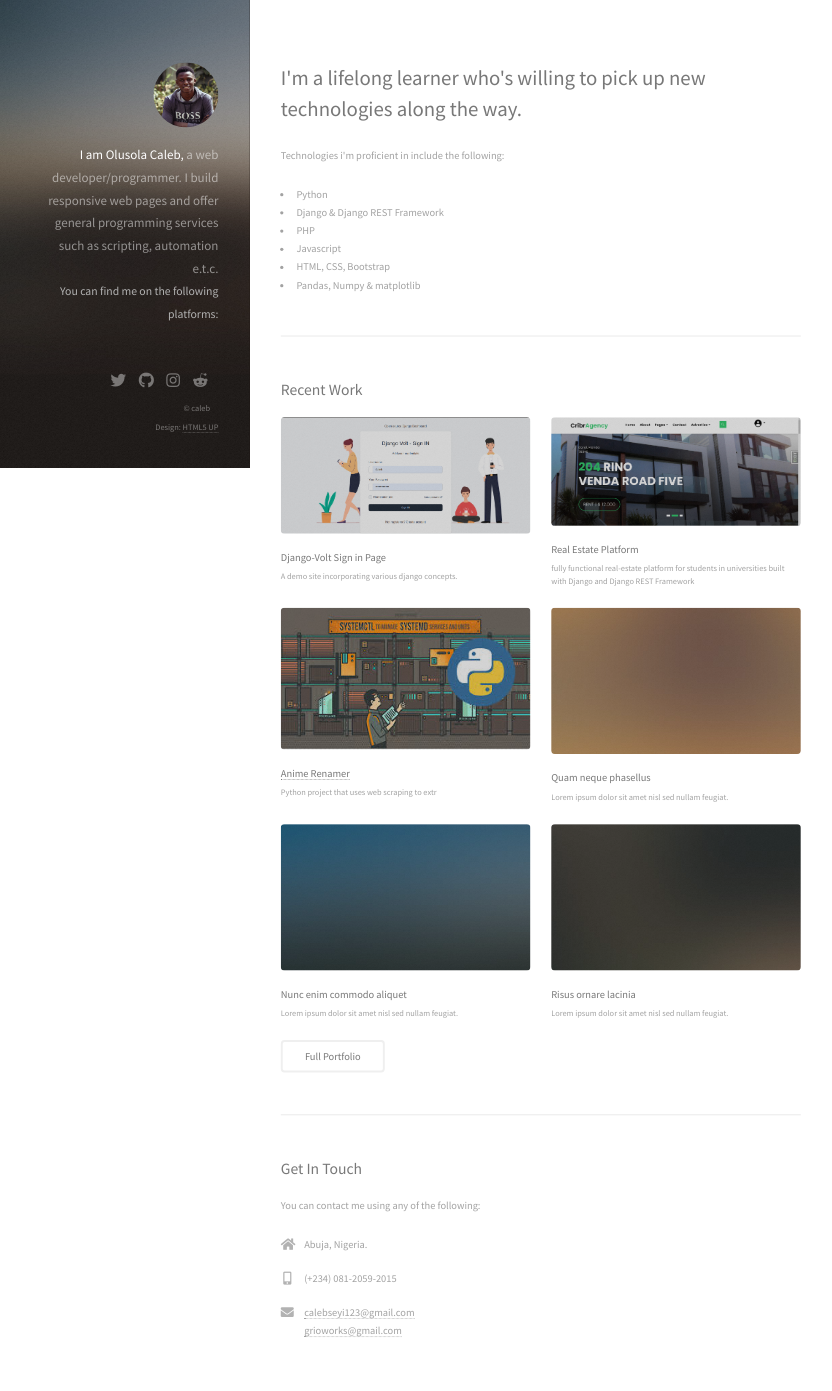
Repository: Caleb40/Caleb40.github.io
Page: index.html
The author's editor kept a copy of each file at every save. The page is drawn from the files as they stood at one save, then again after a run of saves.
The browser window is 1280 px wide. The pictures show the whole page, at 65% of full size.

Above is the page before, as saved 2022-07-13 00:09:52.

### index.html
<!DOCTYPE HTML>
<html lang="en">

<head>
	<title>Olusola Caleb O.</title>
	<meta charset="utf-8" />
	<meta name="viewport" content="width=device-width, initial-scale=1, user-scalable=no" />
	<link rel="stylesheet" href="assets/css/main.css" />
</head>

<body class="is-preload">

	<!-- Header -->
	<header id="header">
		<div class="inner">
			<a href="#" class="image avatar"><img src="images/Photo_1607349133627.jpg" alt="profile" height="100px" width="100px" /></a>
			<h1 id="desc"><strong>I am Olusola Caleb,</strong><br> a web developer/programmer.<br />
				I build responsive web pages and offer general programming services such as scripting, automation e.t.c.
				<p id="findme">You can find me on <br> the following platforms:</p>
			</h1>

		</div>
	</header>

	<!-- Main -->
	<div id="main">

		<!-- One -->
		<section id="one">
			<header class="major">
				<h2>I'm a lifelong learner who's willing to pick up new technologies along the way.</h2>
			</header>
			<p>Technologies i'm proficient in include the following: </p>
			<ul>
				<li>Python</li>
				<li>Django & Django REST Framework</li>
				<li>PHP</li>
				<li>Javascript</li>
				<li>HTML, CSS, Bootstrap</li>
				<li>Pandas, Numpy & matplotlib</li>

			</ul>
			<!-- <ul class="actions">
				<li><a href="#" class="button">Learn More</a></li>
			</ul> -->
		</section>

		<!-- Two -->
		<section id="two">
			<h2>Recent Work</h2>
			<div class="row">
				<article class="col-6 col-12-xsmall work-item">
					<a href="images/portfolio/20220712_184121.png" class="image fit thumb"><img src="images/portfolio/20220712_184121.png" alt="" /></a>
					<h3>Django-Volt Sign in Page</h3>
					<p>A demo site incorporating various django concepts.</p>
				</article>
				<article class="col-6 col-12-xsmall work-item">
					<a href="images/portfolio/20220712_184159.png" class="image fit thumb"><img src="images/portfolio/20220712_184159.png"/></a>
					<h3>Real Estate Platform</h3>
					<p>fully functional real-estate platform for students in universities built with Django and Django REST Framework</p>
				</article>
				<article class="col-6 col-12-xsmall work-item">
					<a href="images/images.jpeg" class="image fit thumb"><img src="images/images.jpeg" alt="" /></a>
					<h3><a href="https://github.com/Caleb40/Anime-Renamer">Anime Renamer</a></h3>
					<p>Python project that uses web scraping to extr</p>
				</article>
				<article class="col-6 col-12-xsmall work-item">
					<a href="images/fulls/04.jpg" class="image fit thumb"><img src="images/thumbs/04.jpg" alt="" /></a>
					<h3>Quam neque phasellus</h3>
					<p>Lorem ipsum dolor sit amet nisl sed nullam feugiat.</p>
				</article>
				<article class="col-6 col-12-xsmall work-item">
					<a href="images/fulls/05.jpg" class="image fit thumb"><img src="images/thumbs/05.jpg" alt="" /></a>
					<h3>Nunc enim commodo aliquet</h3>
					<p>Lorem ipsum dolor sit amet nisl sed nullam feugiat.</p>
				</article>
				<article class="col-6 col-12-xsmall work-item">
					<a href="images/fulls/06.jpg" class="image fit thumb"><img src="images/thumbs/06.jpg" alt="" /></a>
					<h3>Risus ornare lacinia</h3>
					<p>Lorem ipsum dolor sit amet nisl sed nullam feugiat.</p>
				</article>
			</div>
			<ul class="actions">
				<li><a href="https://www.linkedin.com/in/caleb-olusola/" class="button">Full Portfolio</a></li>
			</ul>
		</section>

		<!-- Three -->
		<section id="three">
			<h2>Get In Touch</h2>
			<p>You can contact me using any of the following:</p>
			<div class="row">
				<!-- <div class="col-8 col-12-small">
					<form method="post" action="#">
						<div class="row gtr-uniform gtr-50">
							<div class="col-6 col-12-xsmall"><input type="text" name="name" id="name"
									placeholder="Name" /></div>
							<div class="col-6 col-12-xsmall"><input type="email" name="email" id="email"
									placeholder="Email" /></div>
							<div class="col-12"><textarea name="message" id="message" placeholder="Message"
									rows="4"></textarea></div>
						</div>
					</form>
					<ul class="actions">
						<li><input type="submit" value="Send Message" /></li>
					</ul>

				</div> -->
				<div class="col-4 col-12-small">
					<ul class="labeled-icons">
						<li>
							<h3 class="icon solid fa-home"><span class="label">Address</span></h3>
							Abuja,
							Nigeria.<br>
						</li>
						<li>
							<h3 class="icon solid fa-mobile-alt"><span class="label">Phone</span></h3>
						(+234) 081-2059-2015
						</li>
						<li>
							<h3 class="icon solid fa-envelope"><span class="label">Email</span></h3>
							<a href="">calebseyi123@gmail.com <br> grioworks@gmail.com</a>
						</li>
					</ul>
				</div>
			</div>
		</section>



	<!-- Footer -->
	<footer id="footer">
		<div class="inner">
			<!-- <p id="phone">Contact: 08120592015</p>
			<p id="email">E-mail: calebseyi123@gmail.com</p> -->
			<ul class="icons">
				<li><a href="https://twitter.com/caleb_mnb" class="icon brands fa-twitter"><span
							class="label">Twitter</span></a></li>
				<li><a href="https://github.com/Caleb40" class="icon brands fa-github"><span
							class="label">Github</span></a></li>
				<li><a href="https://www.instagram.com/itz_calebking/" class="icon brands fa-instagram"><span
							class="label">Instagram</span></a></li>
				<li><a href="https://www.reddit.com/user/caleb_king" class="icon brands fa-reddit-alien"><span
							class="label">Reddit</span></a></li>
				<ul class="copyright">
					<li>&copy; caleb</li>
					<li>Design: <a href="http://html5up.net">HTML5 UP</a></li>
				</ul>

			</ul>
		</div>
	</footer>

	<!-- Scripts -->
	<script src="assets/js/jquery.min.js"></script>
	<script src="assets/js/jquery.poptrox.min.js"></script>
	<script src="assets/js/browser.min.js"></script>
	<script src="assets/js/breakpoints.min.js"></script>
	<script src="assets/js/util.js"></script>
	<script src="assets/js/main.js"></script>

</body>

</html>

Loaded but not shown: assets/css/fontawesome-all.min.css (library); assets/js/jquery.min.js (library); assets/js/jquery.poptrox.min.js (library); assets/js/browser.min.js (common file); assets/js/breakpoints.min.js (common file); assets/js/util.js (587 lines, source omitted); assets/js/main.js (117 lines, source omitted); assets/css/main.css (3241 lines, source omitted)

After the next 2 saves:
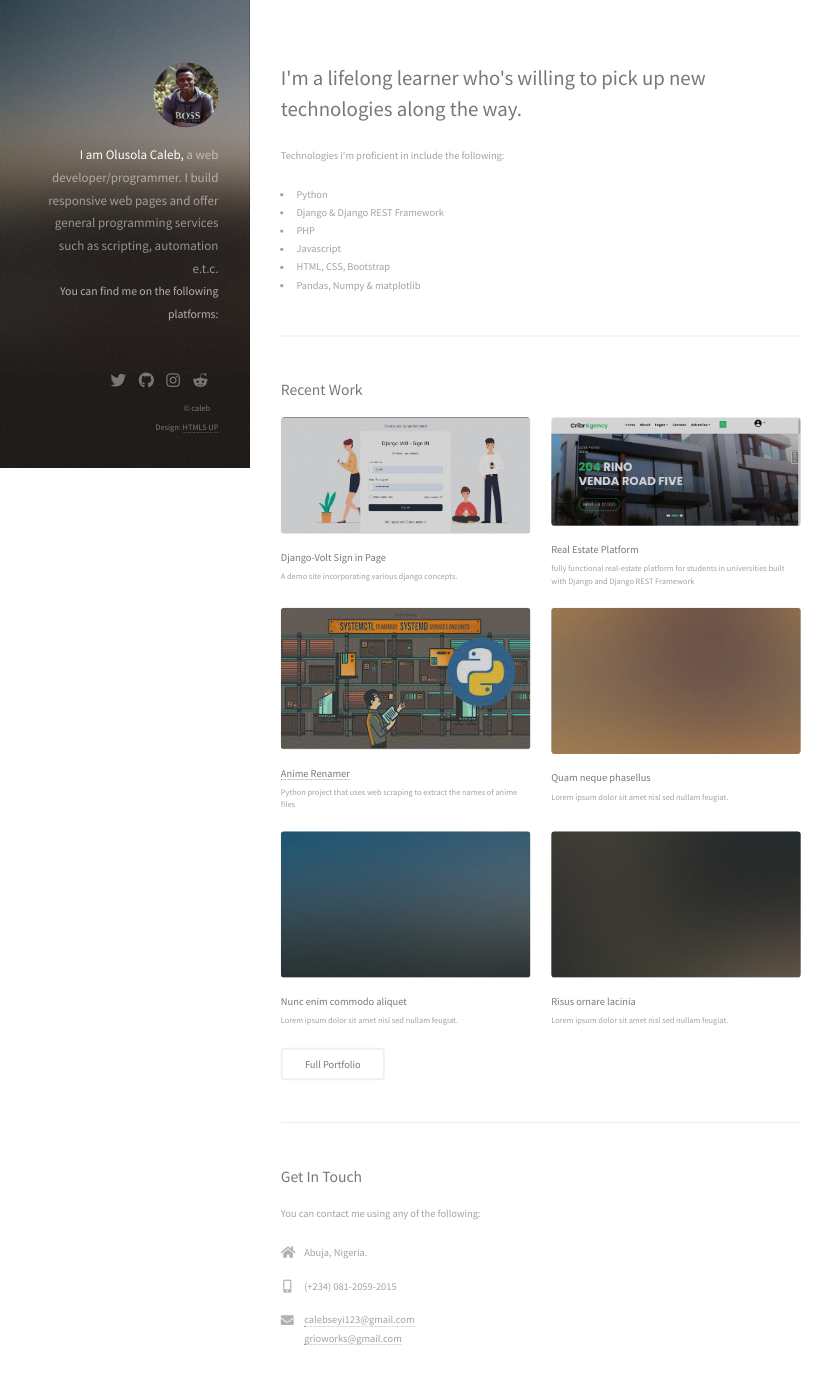
The 2 saves are shown as one change because they came seconds apart.
The last was saved 9 s later.
--- a/index.html
+++ b/index.html
@@ -62,7 +62,7 @@
 				<article class="col-6 col-12-xsmall work-item">
 					<a href="images/images.jpeg" class="image fit thumb"><img src="images/images.jpeg" alt="" /></a>
 					<h3><a href="https://github.com/Caleb40/Anime-Renamer">Anime Renamer</a></h3>
-					<p>Python project that uses web scraping to extr</p>
+					<p>Python project that uses web scraping to extract the names of anime files</p>
 				</article>
 				<article class="col-6 col-12-xsmall work-item">
 					<a href="images/fulls/04.jpg" class="image fit thumb"><img src="images/thumbs/04.jpg" alt="" /></a>
